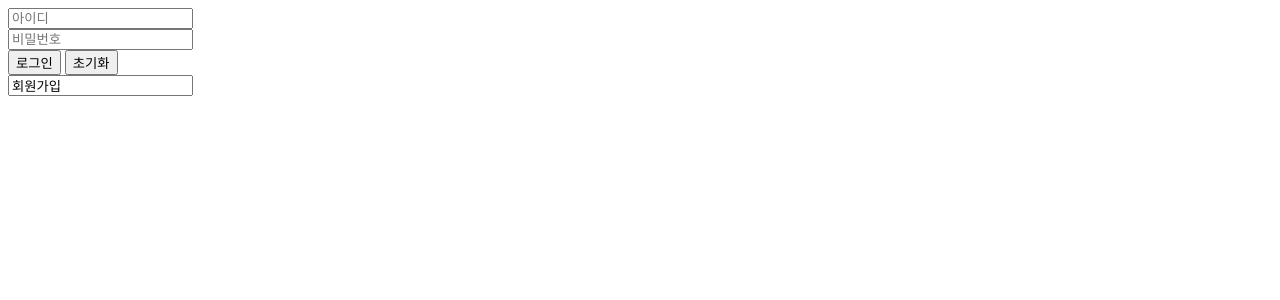
Repository: Yingjae/jsp_practice
Page: http://localhost/JSPBasic/JspObject/1.requests/req_login_form.jsp
An editor plug-in stored every save of this project. The page is shown before and after the next save, followed by the edit.
The browser window is 1280 px wide. The pictures show the whole page.
The page is served by Tomcat 9.

Above is the page before, as saved 2022-02-04 01:31:30.

### JSPBasic/src/main/webapp/JspObject/1.requests/req_login_form.jsp
<%@ page language="java" contentType="text/html; charset=UTF-8"
    pageEncoding="UTF-8"%>
<!DOCTYPE html>
<html>
<head>
<meta charset="UTF-8">
<title>Insert title here</title>
</head>
<body>
	<form action="req_login_result.jsp" method="get">
		<input type="text" name="id" placeholder="아이디" /><br/>
		<input type="password" name="pw" placeholder="비밀번호" /><br/>
		<input type="submit" value="로그인" />
		<input type="reset" value="초기화" /><br/>
		<input type="url" value="회원가입" />
	</form>
</body>
</html>

After the next save:
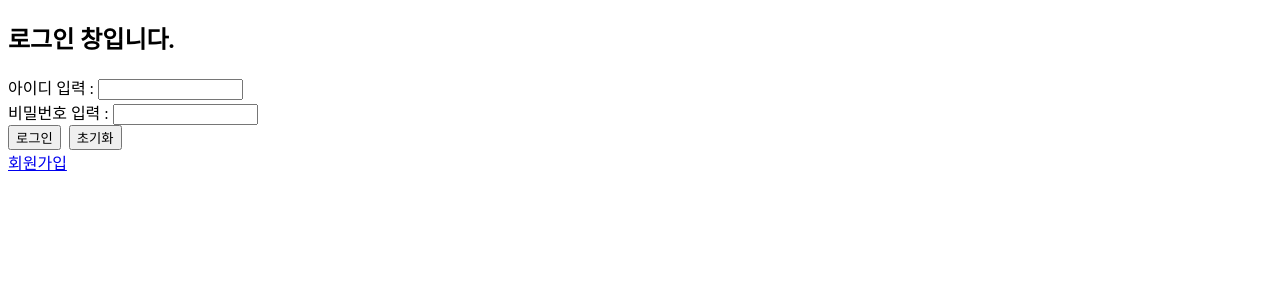
Saved 8 min 9 s later.
--- a/JSPBasic/src/main/webapp/JspObject/1.requests/req_login_form.jsp
+++ b/JSPBasic/src/main/webapp/JspObject/1.requests/req_login_form.jsp
@@ -4,15 +4,17 @@
 <html>
 <head>
 <meta charset="UTF-8">
-<title>Insert title here</title>
+<title>로그인 구현</title>
 </head>
 <body>
-	<form action="req_login_result.jsp" method="get">
-		<input type="text" name="id" placeholder="아이디" /><br/>
-		<input type="password" name="pw" placeholder="비밀번호" /><br/>
-		<input type="submit" value="로그인" />
+	<h2>로그인 창입니다.</h2>
+
+	<form action="req_login_result.jsp" method="post">
+		아이디 입력 : <input type="text" name="id" size="15px" /><br/>
+		비밀번호 입력 : <input type="password" name="pw" size="15px" /><br/>
+		<input type="submit" value="로그인" />&nbsp;
 		<input type="reset" value="초기화" /><br/>
-		<input type="url" value="회원가입" />
 	</form>
+	<a href="req_join_form.jsp">회원가입</a>
 </body>
 </html>
